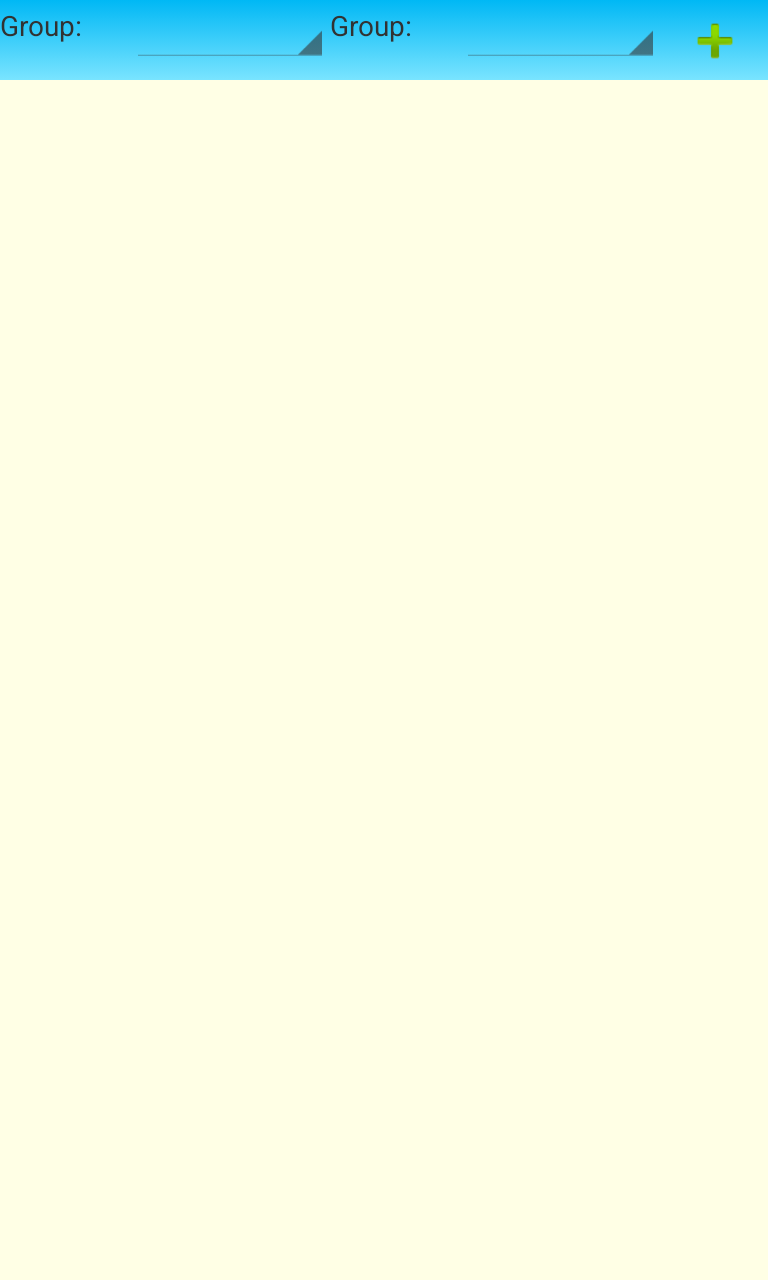
Repository: titango/androidass1
Layout: uTask/res/layout/activity_main_screen.xml
An editor plug-in stored every save of this project. The layout is shown before and after a run of saves, followed by the edit.
It is drawn on a 768 x 1280 px phone screen (xhdpi) without system bars, with theme AppTheme; the app's code is not run.

Above is the layout before, as saved 2013-03-30 23:53:17.

After the next 2 saves:
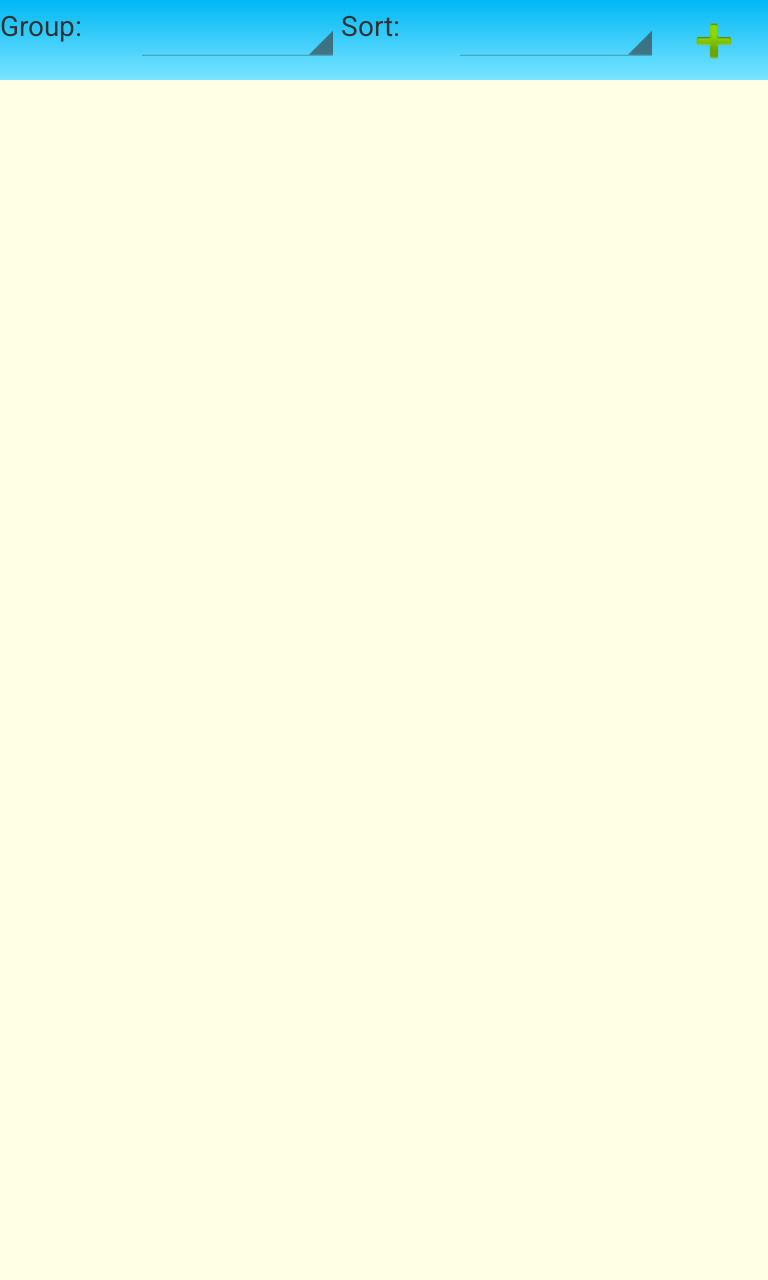
The 2 saves are shown as one change because they came seconds apart.
The last was saved 13 s later.
--- a/uTask/res/layout/activity_main_screen.xml
+++ b/uTask/res/layout/activity_main_screen.xml
@@ -27,12 +27,12 @@
             android:layout_weight="5" />
 
         <TextView
-            android:id="@+id/textGroup"
+            android:id="@+id/textSort"
             android:layout_width="wrap_content"
             android:layout_height="wrap_content"
             android:layout_marginTop="3dp"
             android:layout_weight = "3"
-            android:text="Group:"/>
+            android:text="Sort:"/>
 
         <Spinner
             android:id="@+id/sortSpin"
